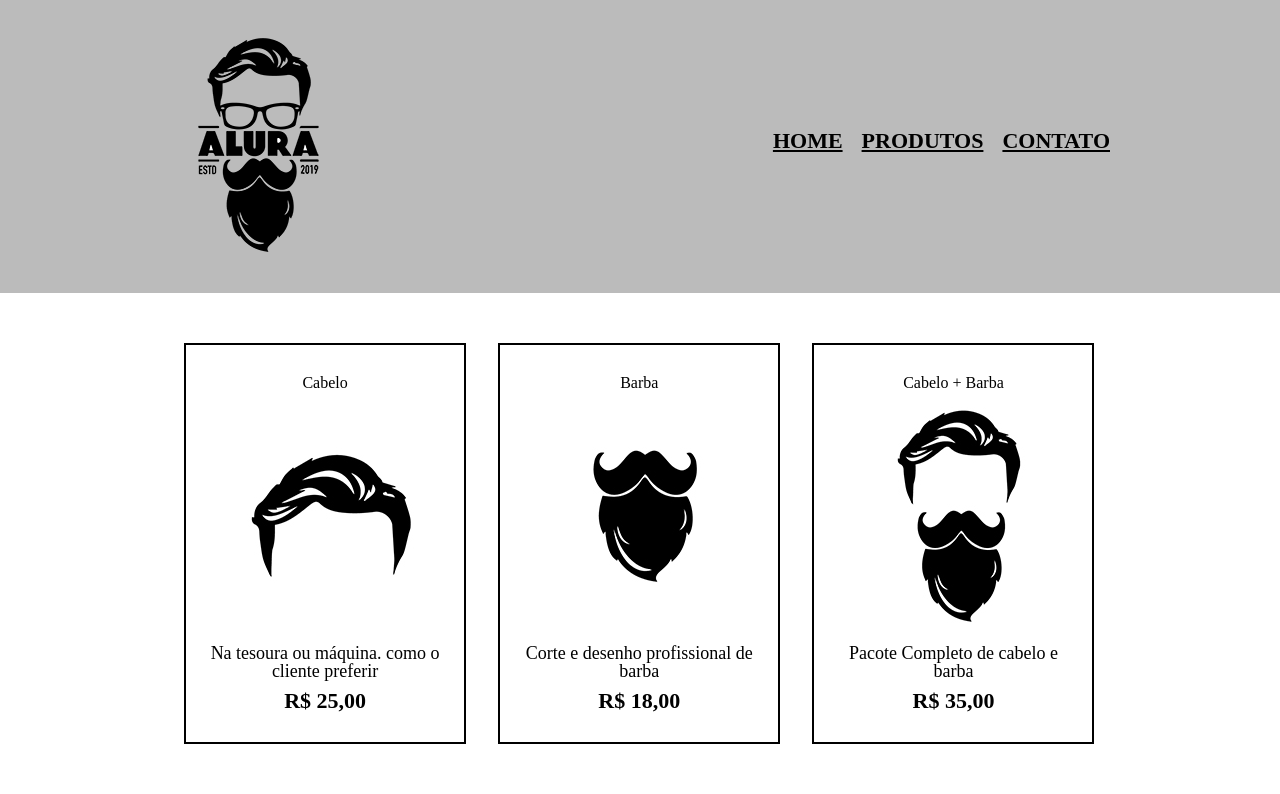
Repository: AnaBerlanda/AulaAlura
Page: produtos.html
The author's editor kept a copy of each file at every save. The page is drawn from the files as they stood at one save, then again after the next save.
The browser window is 1280 px wide. The pictures show the whole page.

Above is the page before, as saved 2022-04-12 14:51:21.

After the next save:
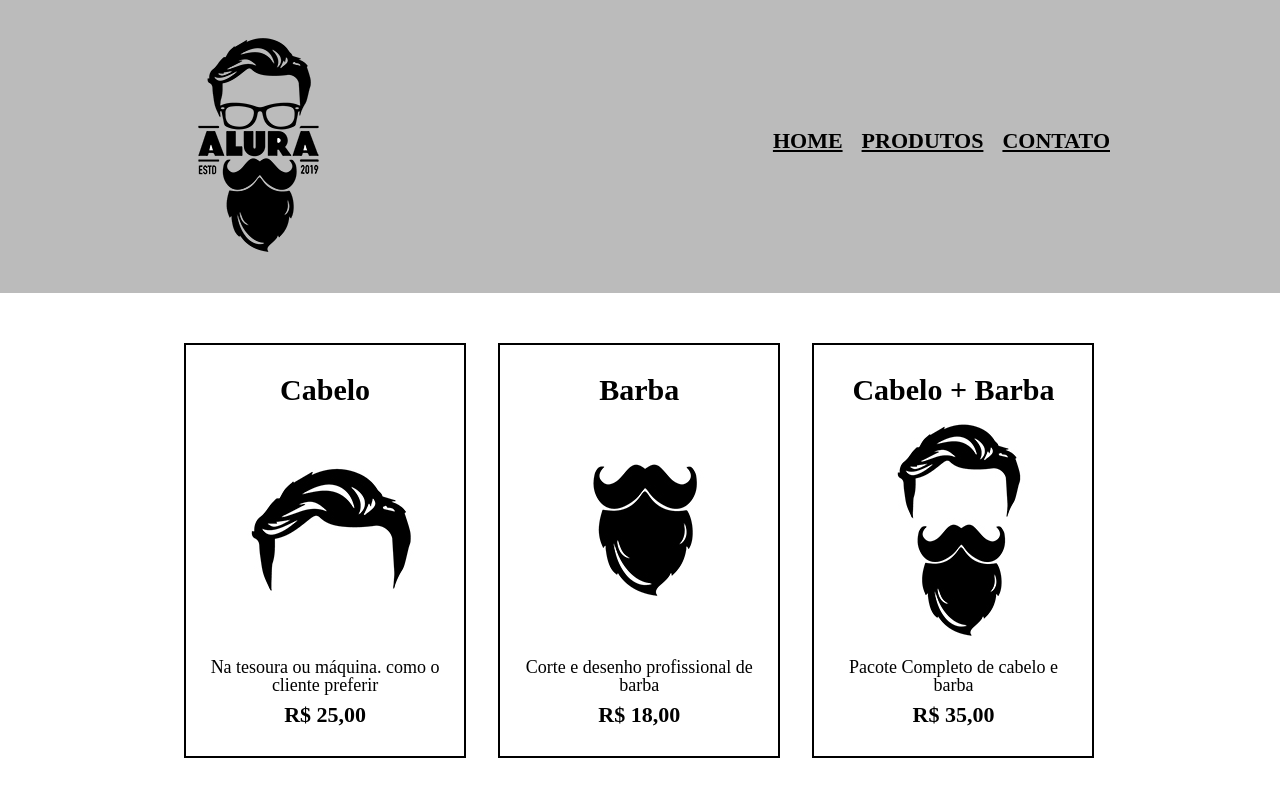
Saved 44 s later.
--- a/produtos.css
+++ b/produtos.css
@@ -36,7 +36,8 @@ nav a{
     margin: 0 1.5%;
     padding: 30px 20px;
     box-sizing: border-box;
-    border: black solid 2px;
+    border: 2px solid black;
+}
 .produtos h2{
     font-size: 30px;
     font-weight: bold;
